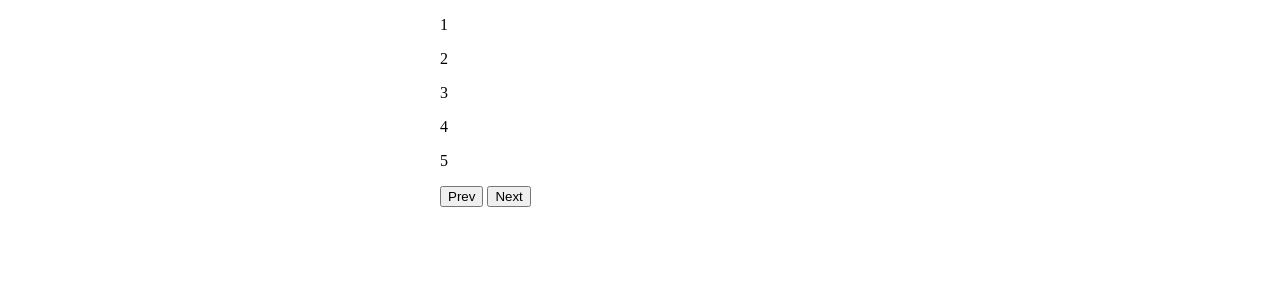
Repository: quswjdals1/highjava
Page: webTest/src/main/webapp/basic/fileupload/test.html
The author's editor kept a copy of each file at every save. The page is drawn from the files as they stood at one save, then again after the next save.
The browser window is 1280 px wide. The pictures show the whole page.

Above is the page before, as saved 2023-04-04 01:48:27.

### webTest/src/main/webapp/basic/fileupload/test.html
<!DOCTYPE html>
<html>
<head>
<meta charset="UTF-8">
<title>Insert title here</title>
<style type="text/css">
.slide_wrap { position: relative; width: 400px; margin: auto; padding-bottom: 30px;
</style>

</head>
<body>

<div id="container">
  <div class="slide_wrap">
    <div class="slide_box">
      <div class="slide_list clearfix">
        <div class="slide_content slide01">
          <p>1</p>
        </div>
        <div class="slide_content slide02">
          <p>2</p>
        </div>
        <div class="slide_content slide03">
          <p>3</p>
        </div>
        <div class="slide_content slide04">
          <p>4</p>
        </div>
        <div class="slide_content slide05">
          <p>5</p>
        </div>
      </div>
      <!-- // .slide_list -->
    </div>
    <!-- // .slide_box -->
    <div class="slide_btn_box">
      <button type="button" class="slide_btn_prev">Prev</button>
      <button type="button" class="slide_btn_next">Next</button>
    </div>
    <!-- // .slide_btn_box -->
    <ul class="slide_pagination"></ul>
    <!-- // .slide_pagination -->
  </div>
  <!-- // .slide_wrap -->
</div>
<!-- // .container -->

</body>
</html>

After the next save:
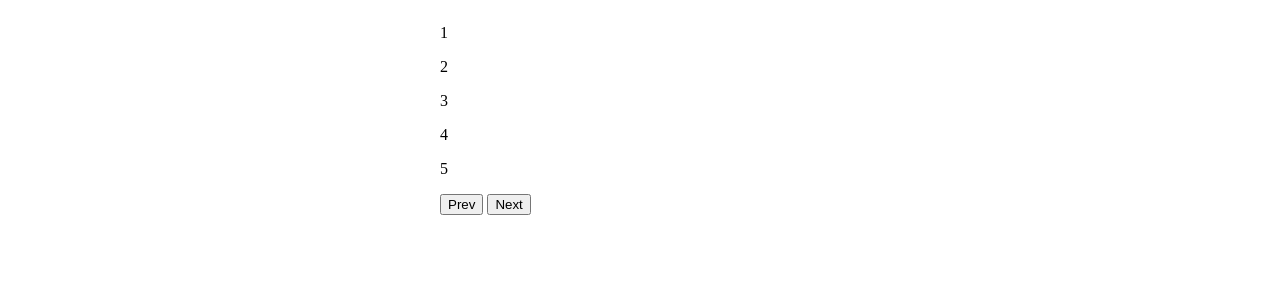
Saved 49 s later.
--- a/webTest/src/main/webapp/basic/fileupload/test.html
+++ b/webTest/src/main/webapp/basic/fileupload/test.html
@@ -5,6 +5,7 @@
 <title>Insert title here</title>
 <style type="text/css">
 .slide_wrap { position: relative; width: 400px; margin: auto; padding-bottom: 30px;
+.slide_box { width: 100%; margin: auto; overflow-x: hidden; }
 </style>
 
 </head>
